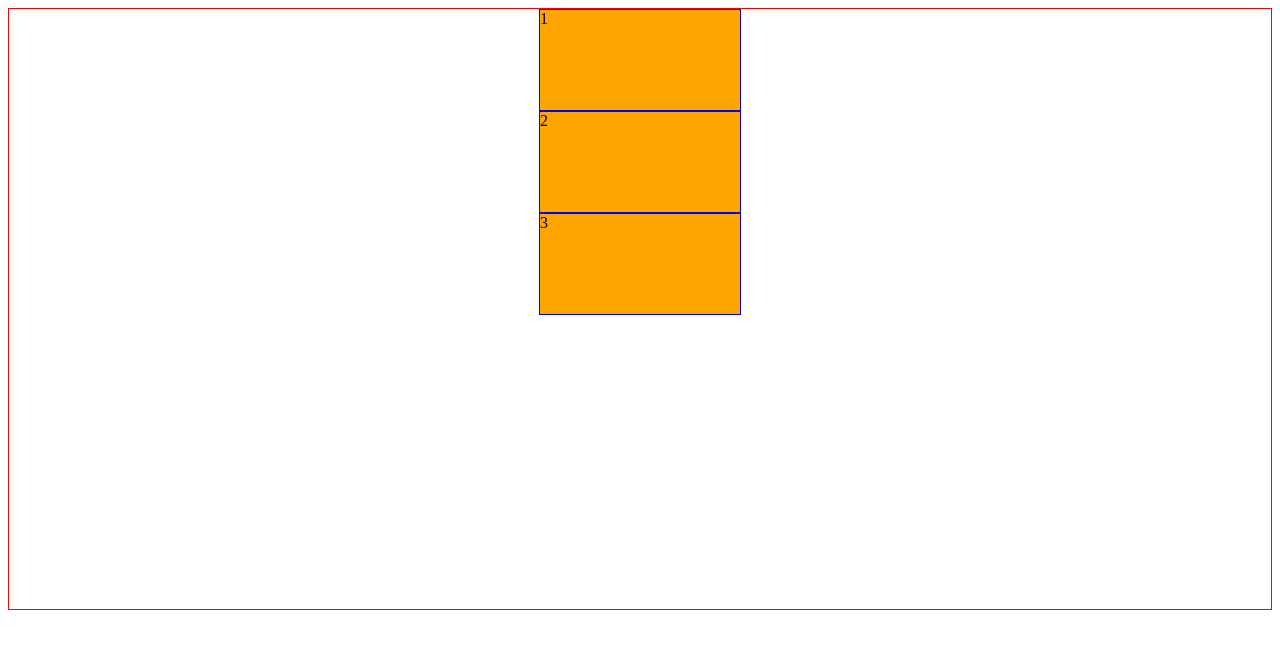
Repository: ddochiisrich/Ddochi-Web
Page: http://localhost/JSPClassCh06/flex_layout01.jsp
An editor plug-in stored every save of this project. The page is shown before and after the next save, followed by the edit.
The browser window is 1280 px wide. The pictures show the whole page.
The page is served by Tomcat 9.

Above is the page before, as saved 2024-04-09 01:41:44.

After the next save:
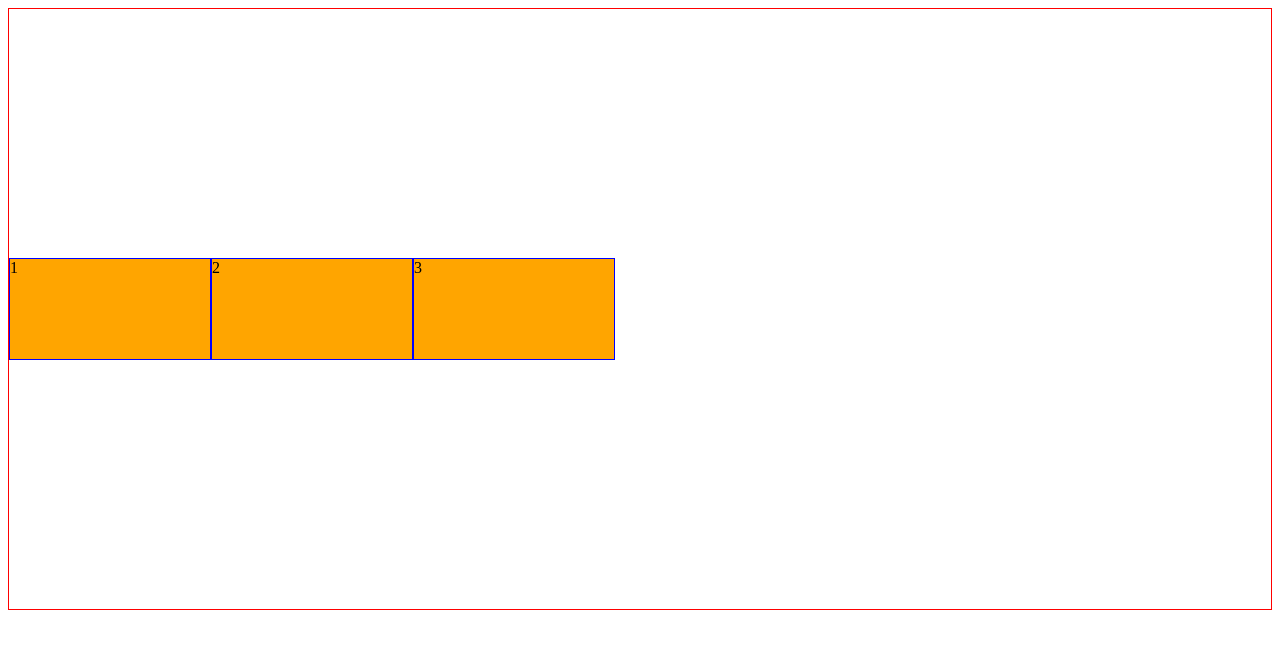
Saved 2 min 13 s later.
--- a/JSPClassCh06/src/main/webapp/flex_layout01.jsp
+++ b/JSPClassCh06/src/main/webapp/flex_layout01.jsp
@@ -8,10 +8,10 @@
 
 <style>
 	#box{
-	height: 600px;
+		height: 600px;
 		border: 1px solid red;
 		display:flex;
-		flex-direction: column;
+
 		align-items: center;
 	}
 	.item{
